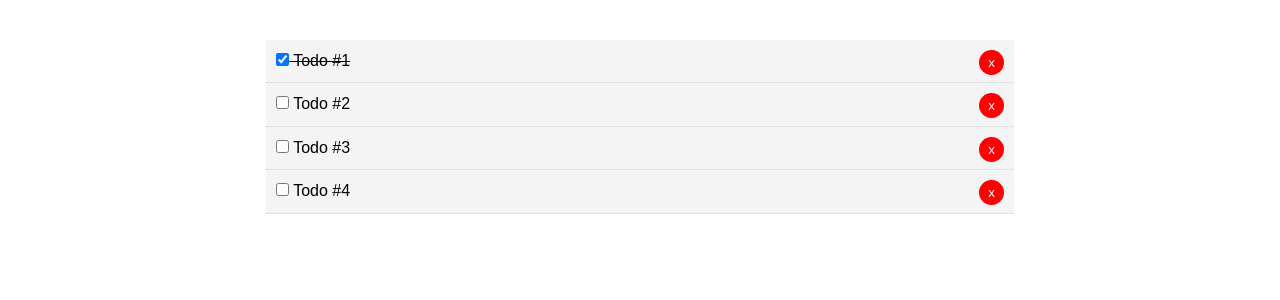
Repository: n0rthern-light/vuejs-taskmanager
Page: /
The author's editor kept a copy of each file at every save. The page is drawn from the files as they stood at one save, then again after a run of saves.
The browser window is 1280 px wide. The pictures show the whole page.
The project was rebuilt for these pictures with package versions that can differ from the ones it lists, and the page was loaded fresh each time.

Above is the page before, as saved 2019-02-18 15:35:21.

### src/App.vue
<template>
  <div id="app">
    <h3>{{msg}}</h3>
    <Todos :todos="todos" v-on:del-todo="delTodo" v-on:update-array="updateArr"/>
  </div>
</template>

<script>

import Todos from '@/components/Todos.vue';

export default {
  name: 'app',
  components: {
    Todos
  },
  data() {
    return {
      todos: [
        {
          id: 1,
          title: 'Todo #1',
          completed: true
        },
        {
          id: 2,
          title: 'Todo #2',
          completed: false
        },
        {
          id: 3,
          title: 'Todo #3',
          completed: false
        },
        {
          id: 4,
          title: 'Todo #4',
          completed: false
        }
      ],
      msg: ''
    }
  },
  methods: {
    /* eslint-disable */
    setCookie(cname, cvalue, exdays) {
      var d = new Date();
      d.setTime(d.getTime() + (exdays*24*60*60*1000));
      var expires = "expires="+ d.toUTCString();
      document.cookie = cname + "=" + cvalue + ";" + expires + ";path=/";
    },
    getCookie(cname) {
      var name = cname + "=";
      var decodedCookie = decodeURIComponent(document.cookie);
      var ca = decodedCookie.split(';');
      for(var i = 0; i <ca.length; i++) {
        var c = ca[i];
        while (c.charAt(0) == ' ') {
          c = c.substring(1);
        }
        if (c.indexOf(name) == 0) {
          return c.substring(name.length, c.length);
        }
      }
      return "";
    },
    delTodo(id) {
      console.log('delTodo');
      this.todos = this.todos.filter((el) => el.id !== id);
    },
    updateArr(obj) {
      console.log('updateArr');
      this.todos = this.todos.
      map((el) => el.id === obj.id ? obj : el).
      sort((a, b) => a.id - b.id).
      sort((a, b) => a.completed - b.completed);

      this.setCookie('todos', JSON.stringify(this.todos), 60)
    }

  },
  mounted() {
    console.log('mounted');
    this.todos = JSON.parse(this.getCookie('todos'));

    this.todos = this.todos.sort((a, b) => a.id - b.id).
      sort((a, b) => a.completed - b.completed);
  }
}
</script>

<style>
* {
  box-sizing: border-box;
  margin: 0;
  padding: 0;
}

body {
  font-family: Arial, Helvetica, sans-serif;
  line-height: 1.4;
}
</style>

### src/components/Todos.vue
<template>
  <div class="container">
    <div v-for="todo in todos" :key="todo.id">
      <TodoItem :todo="todo" v-on:del-todo="$emit('del-todo', todo.id)" v-on:update-array="$emit('update-array', todo)"/>
    </div>
  </div>
</template>

<script>
import TodoItem from './TodoItem.vue';

export default {
  components: {
    TodoItem
  },
  name: 'Todos',
  props: ['todos']
}
</script>

<style scoped>
.container {
  padding: 10px;
  margin: 30px auto 0 auto;
  width: 80%;
  max-width: 768px;
  display: flex;
  flex-direction: column;
}

.container div {
  flex: 1;
}
</style>

### src/components/TodoItem.vue
<template>
  <div class="todo-item" :class="{'is-complete':todo.completed}">
    <p>
      <input type="checkbox" v-on:change="markComplete(); $emit('update-array', todo);" :checked="this.todo.completed">
      {{todo.title}}
      <button @click="$emit('del-todo', todo.id)" class="del">x</button>
    </p>
  </div>
</template>

<script>
export default {
  name: 'TodoItem',
  props: ['todo'],
  methods: {
    markComplete () {
      this.todo.completed = !this.todo.completed;
    }
  },
  mounted () {

  }
}
</script>

<style scoped>
  .todo-item {
    background: #f4f4f4;
    padding: 10px;
    border-bottom: 1px #ccc dotted;
  }

  .is-complete {
    text-decoration: line-through;
  }

  .del {
    background: #ff0000;
    color: #fff;
    border: none;
    padding: 5px 9px;
    border-radius: 50%;
    cursor: pointer;
    float: right;
  }
</style>

Loaded but not shown: src/main.js (common file)

After the next 2 saves:
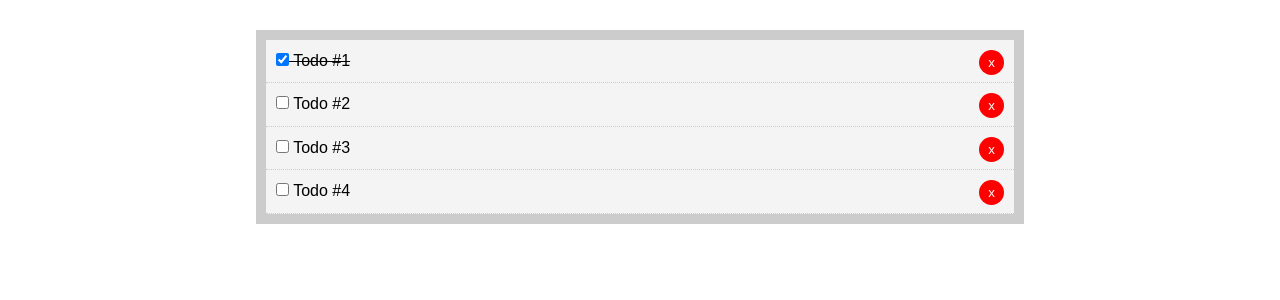
The 2 saves are shown as one change because they came seconds apart.
The last was saved 12 s later.
--- a/src/components/Todos.vue
+++ b/src/components/Todos.vue
@@ -21,6 +21,7 @@ export default {
 <style scoped>
 .container {
   padding: 10px;
+  background-color: #ccc;
   margin: 30px auto 0 auto;
   width: 80%;
   max-width: 768px;
